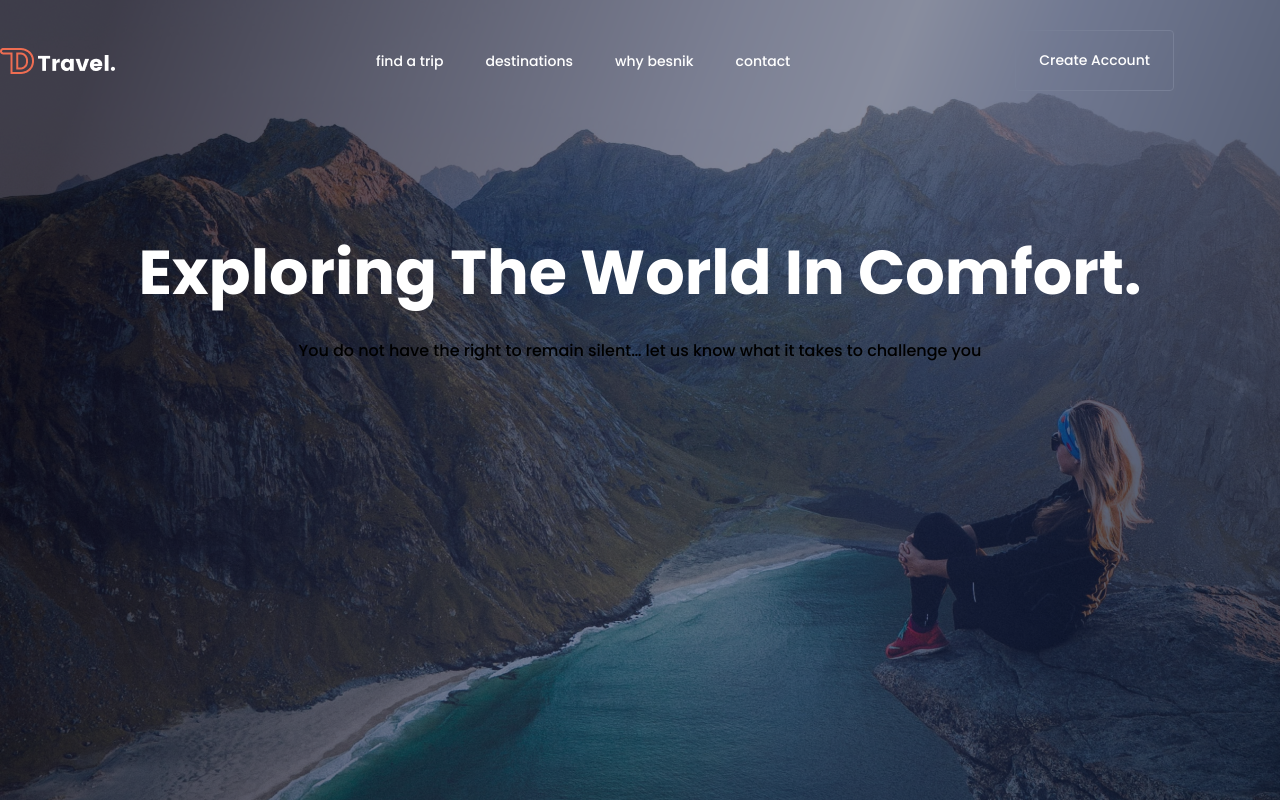
Repository: hoang0508/LandingPage-CodeTravel2
Page: index.html
An editor plug-in stored every save of this project. The page is shown before and after the next save, followed by the edit.
The browser window is 1280 px wide. The pictures show the whole page.
The style sheet was rebuilt from its Sass, Less or Tailwind sources for each picture, by a compiler version that may differ from the author's.

Above is the page before, as saved 2022-09-15 15:48:55.

After the next save:
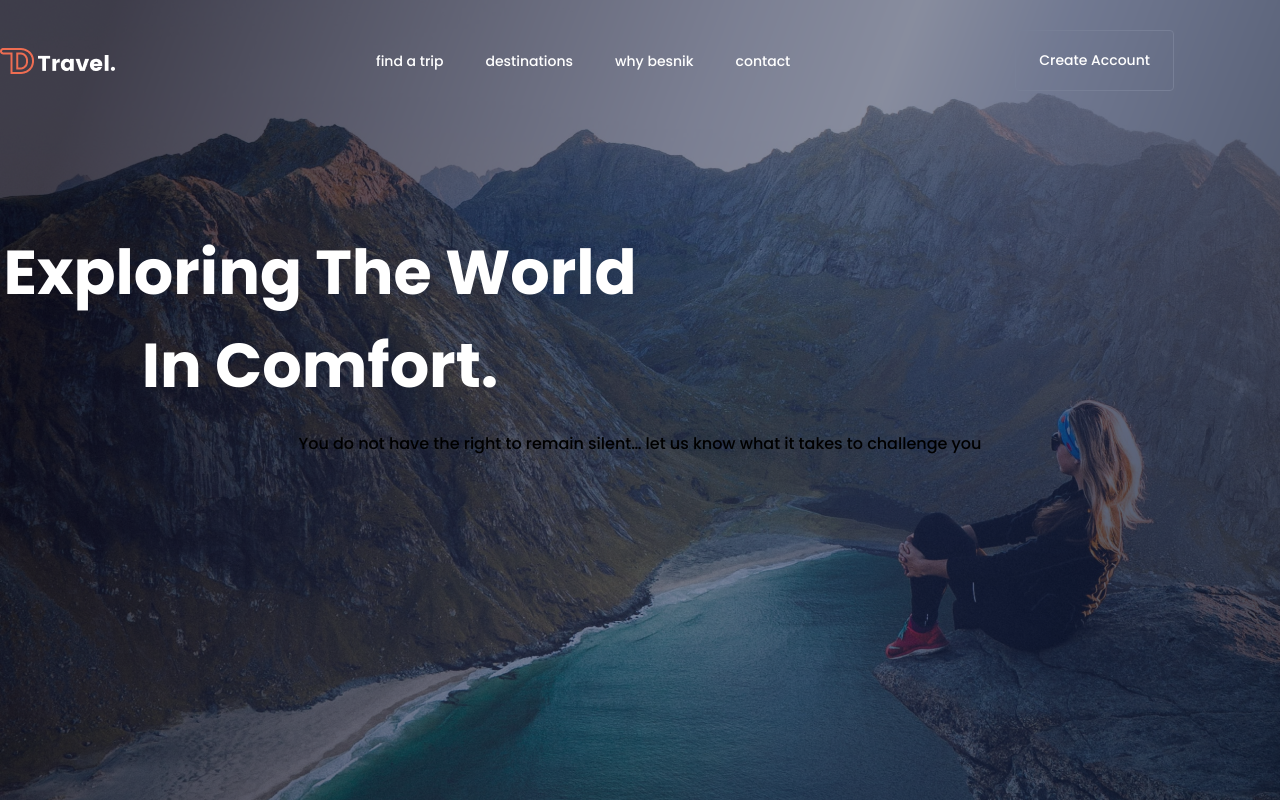
Saved 32 s later.
--- a/sass/_header.scss
+++ b/sass/_header.scss
@@ -28,6 +28,8 @@
   &-content {
     text-align: center;
     &--title {
+      max-width: 640px;
+      width: 100%;
       font-size: 62px;
       font-weight: 700;
       color: $text-white;
